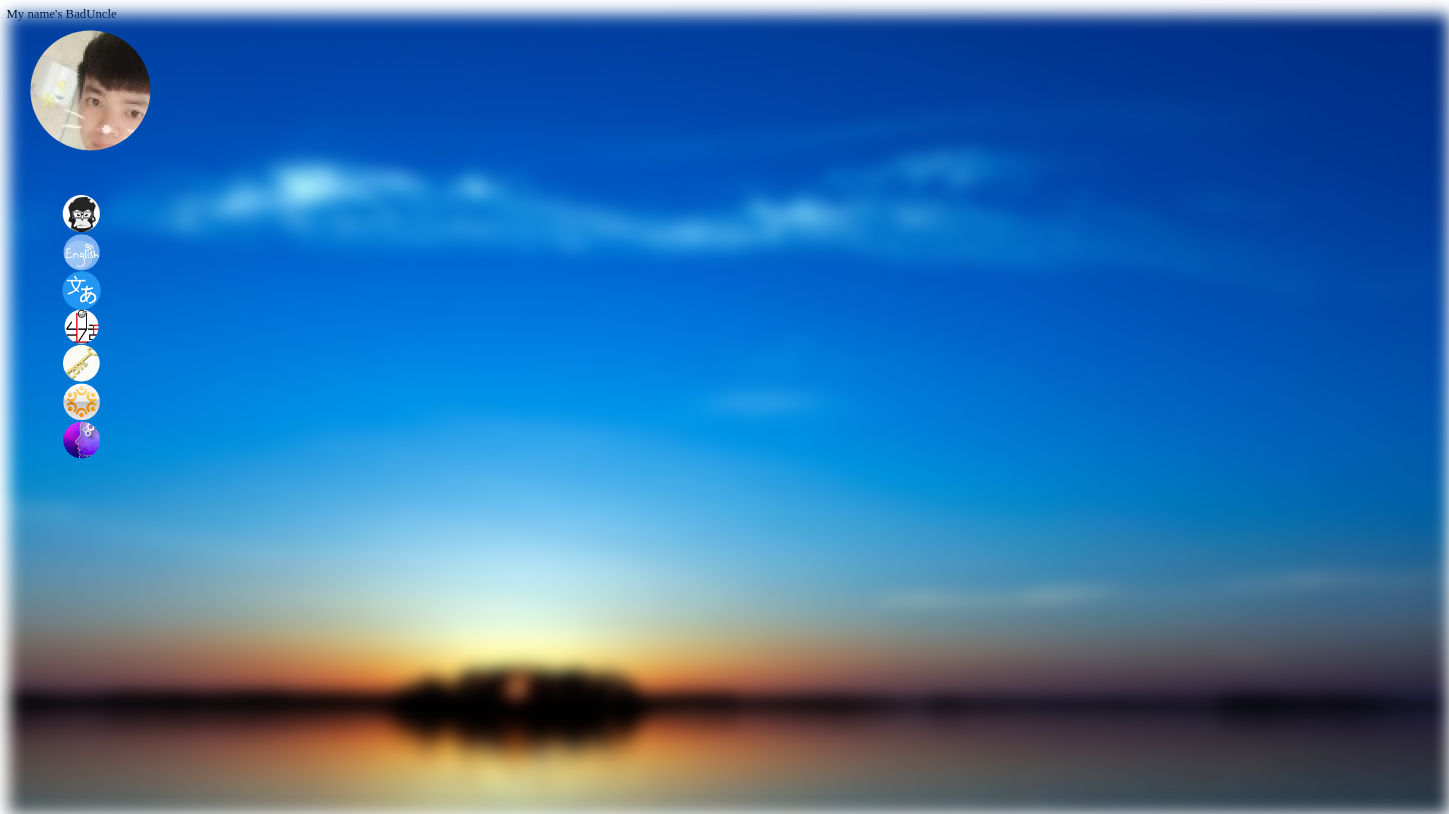
Repository: lidasi/monkeyLife
Page: http://localhost/monkeyLife/jsp/menubar.jsp
An editor plug-in stored every save of this project. The page is shown before and after the next save, followed by the edit.
The browser window is 1280 px wide. The page is 1811 px wide, so the pictures cover 1811 px, including what lies to the right of the window. The pictures show the whole page, at 80% of full size.
The page is served by Tomcat 9.

Above is the page before, as saved 2017-07-13 09:16:54.

After the next save:
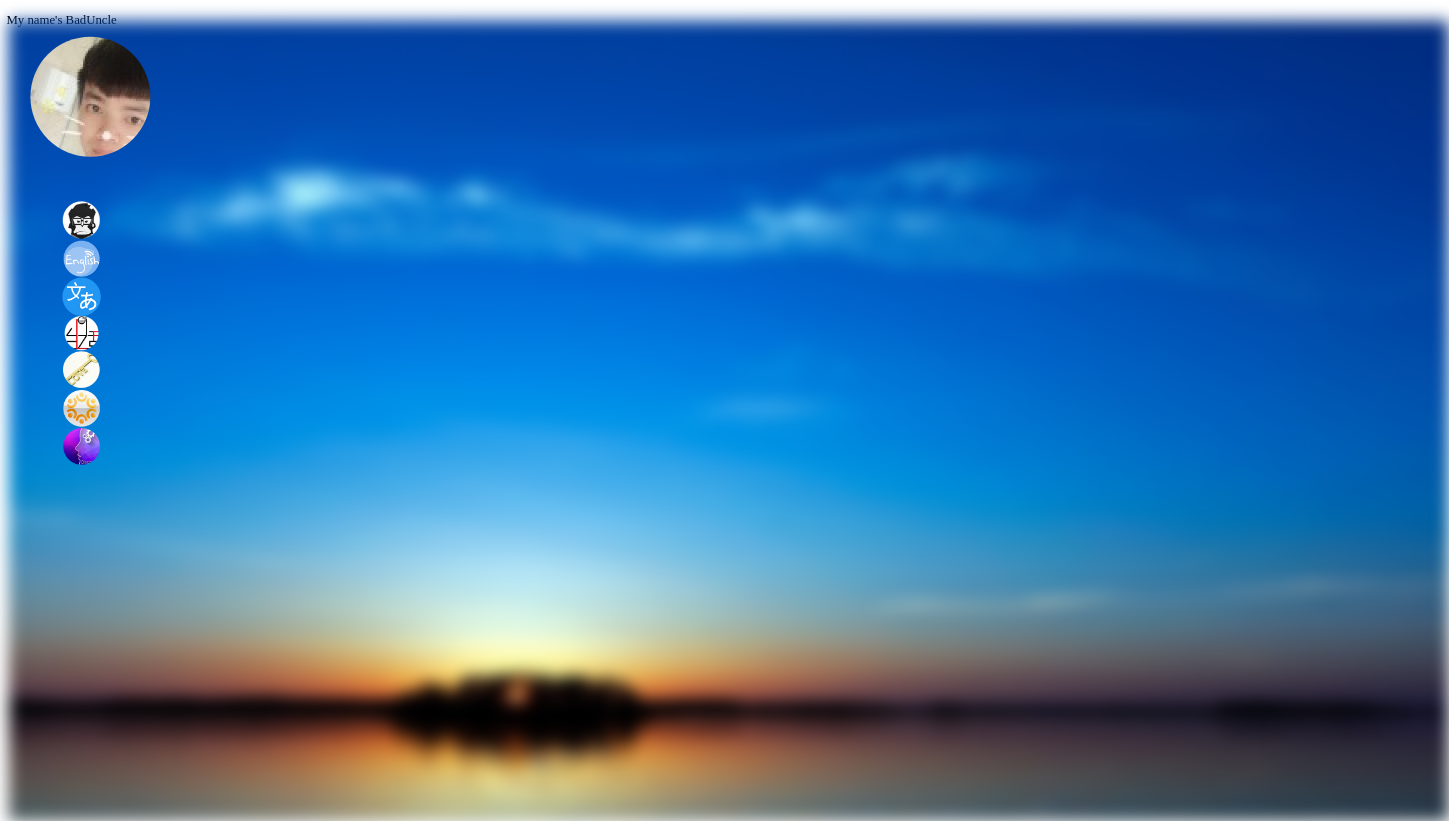
Saved 15 s later.
--- a/workSpeaces/monkeyLife/WebContent/jsp/menubar.jsp
+++ b/workSpeaces/monkeyLife/WebContent/jsp/menubar.jsp
@@ -24,7 +24,7 @@
 		<div id="menuImage">
 		</div>
 		<div id="headPortrait"></div>
-		<div id="userName">My name's BadUncle</div>
+		<div id="userName"><p>My name's BadUncle</p></div>
 		<div id="dockContainer">
 		    <ul id="jqDock">
 		        <li><a class="img-circle" href="#"><img src="../image/dock/monkey.png"   alt="Home" title="猿生活&nbsp;" /></a></li>
